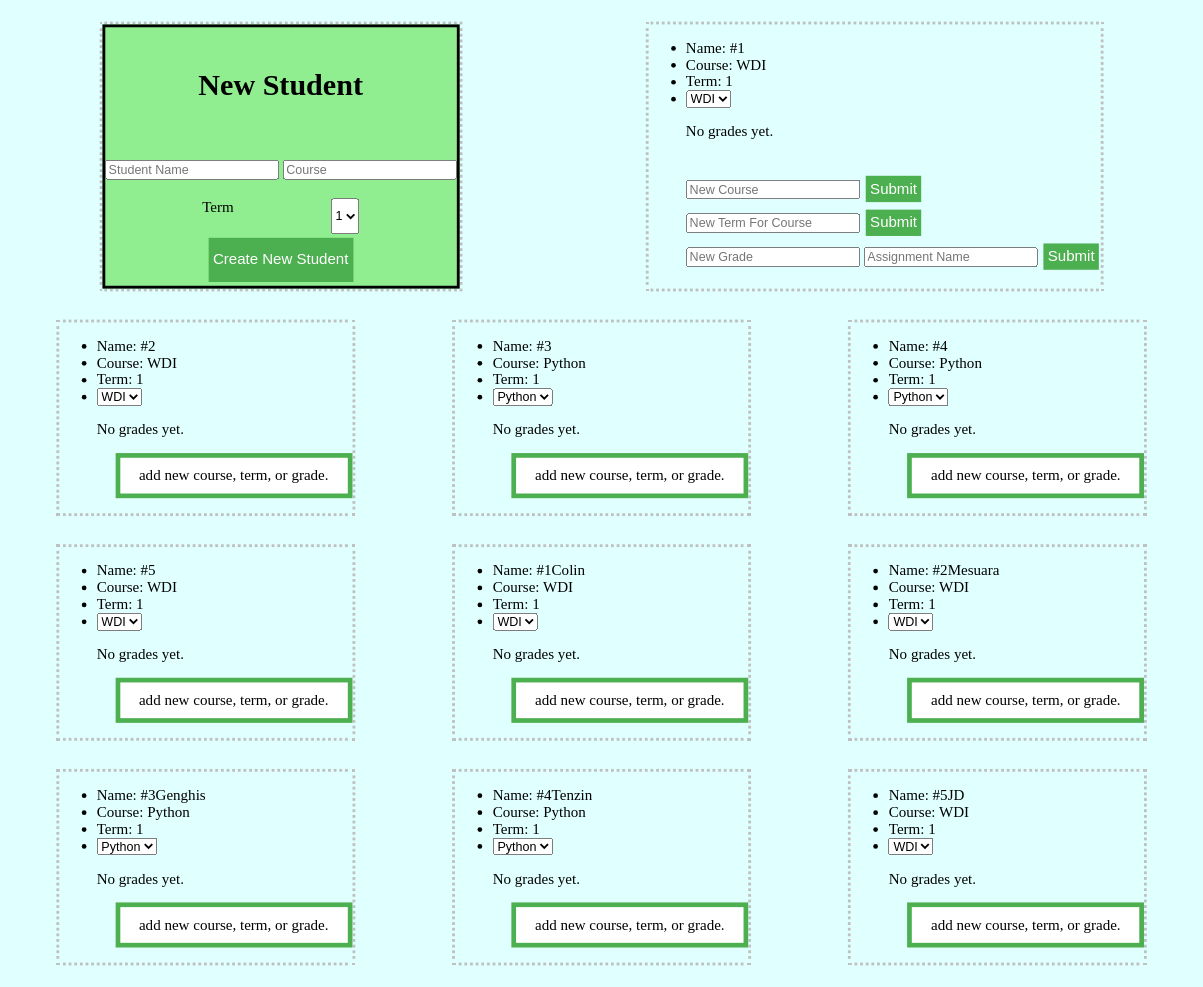
Repository: EdmontDantes/graderaide-fullstack-solution
Page: index.html
The author's editor kept a copy of each file at every save. The page is drawn from the files as they stood at one save, then again after a run of saves.
The browser window is 1280 px wide. The pictures show the whole page, at 94% of full size.

Above is the page before, as saved 2020-04-22 12:05:16.
Console error: TypeError: Cannot read properties of null (reading 'addEventListener')

After the next 2 saves:
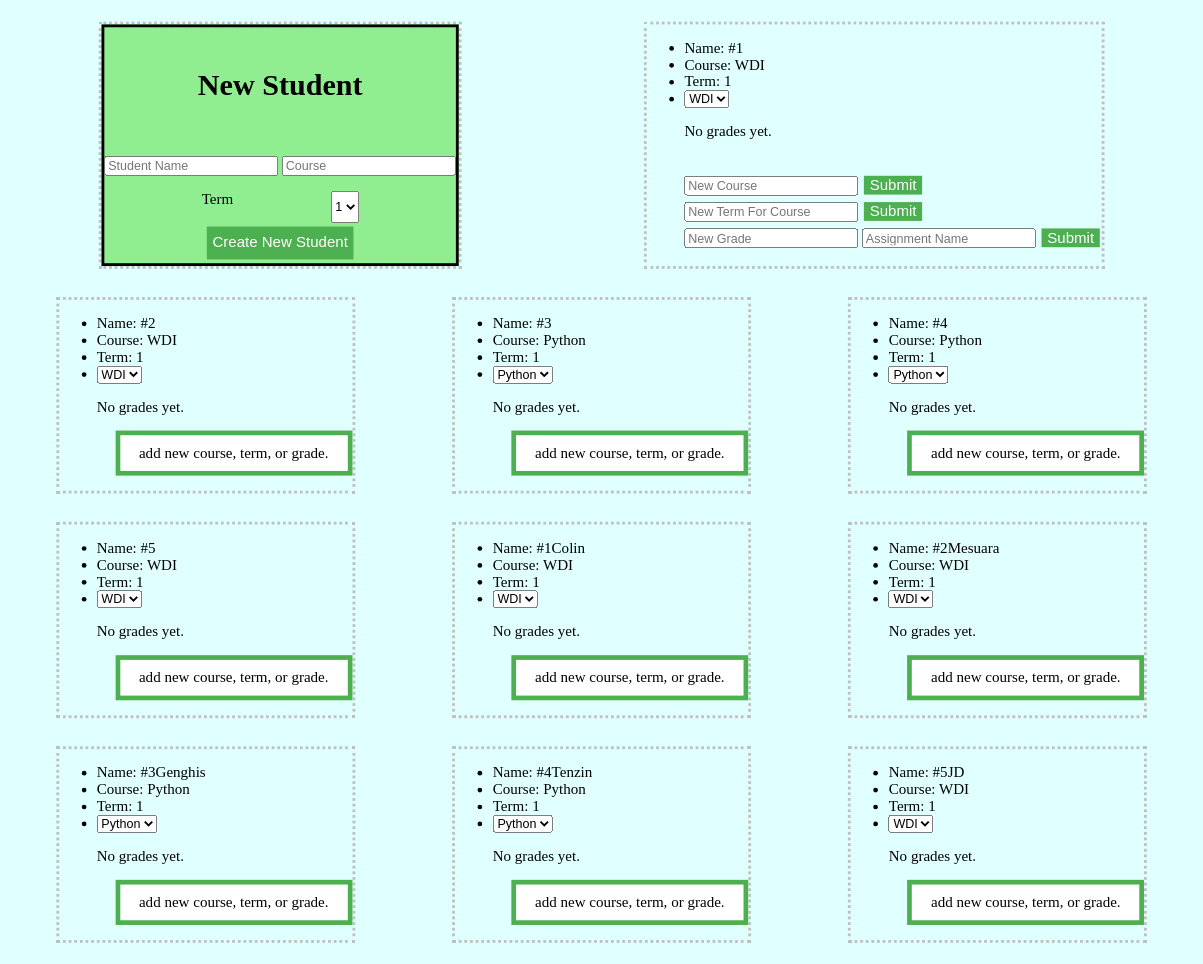
The 2 saves are shown as one change because they came seconds apart.
The last was saved 9 s later.
--- a/style-index.css
+++ b/style-index.css
@@ -43,7 +43,7 @@ button {
     background-color: #4CAF50;
     border: none;
     color: white;
-    padding: 5px 5px;
+    padding: ;
     text-align: center;
     text-decoration: none;
     display: inline-block;
